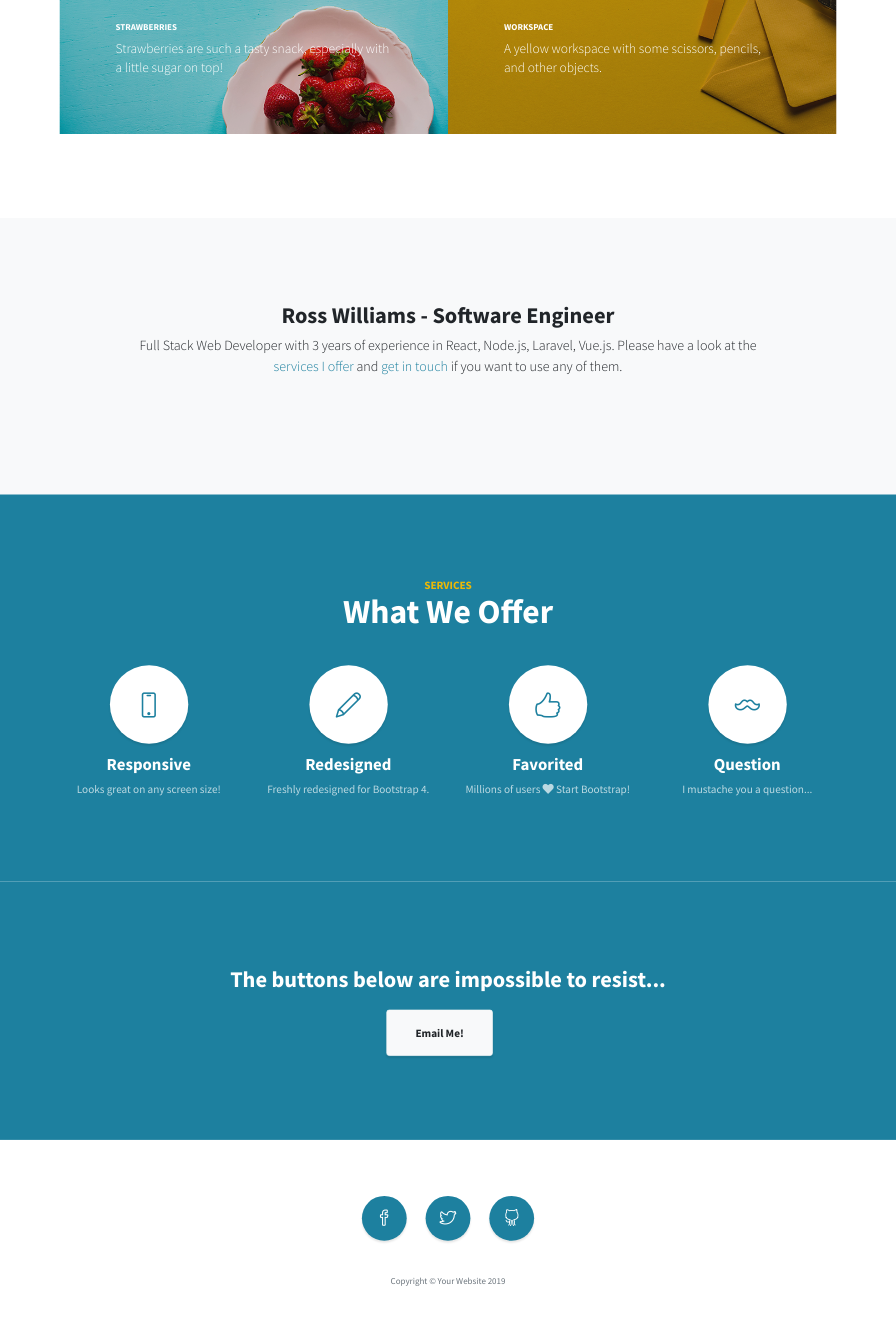
Repository: Williams94/Williams94.github.io
Page: index.html
An editor plug-in stored every save of this project. The page is shown before and after the next save, followed by the edit.
The browser window is 1280 px wide. The pictures show the part of the page from y = 1568 to 3488 px (the page is 3488 px tall), at 70% of full size.
A picture or video elsewhere on the page could not be fetched, so the positions and the page height are approximate.

Above is the page before, as saved 2019-07-06 13:42:54.

### index.html
<!DOCTYPE html>
<html lang="en">

<head>

  <meta charset="utf-8">
  <meta name="viewport" content="width=device-width, initial-scale=1, shrink-to-fit=no">
  <meta name="description" content="">
  <meta name="author" content="">

  <title>Stylish Portfolio - Start Bootstrap Template</title>

  <!-- Bootstrap Core CSS -->
  <link href="vendor/bootstrap/css/bootstrap.min.css" rel="stylesheet">

  <!-- Custom Fonts -->
  <link href="vendor/fontawesome-free/css/all.min.css" rel="stylesheet" type="text/css">
  <link href="https://fonts.googleapis.com/css?family=Source+Sans+Pro:300,400,700,300italic,400italic,700italic"
    rel="stylesheet" type="text/css">
  <link href="vendor/simple-line-icons/css/simple-line-icons.css" rel="stylesheet">

  <!-- Custom CSS -->
  <link href="css/stylish-portfolio.css" rel="stylesheet">
  <!-- <link href="css/new-age.min.css" rel="stylesheet"> -->

</head>

<body id="page-top">

  <!-- Navigation -->
  <nav class="navbar navbar-expand-lg navbar-light fixed-top" id="mainNav">
    <div class="container">
      <a class="navbar-brand js-scroll-trigger" href="#page-top">Ross Williams</a>
      <button class="navbar-toggler navbar-toggler-right" type="button" data-toggle="collapse"
        data-target="#navbarResponsive" aria-controls="navbarResponsive" aria-expanded="false"
        aria-label="Toggle navigation">
        Menu
        <i class="fas fa-bars"></i>
      </button>
      <div class="collapse navbar-collapse" id="navbarResponsive">
        <ul class="navbar-nav ml-auto">
          <li class="nav-item">
            <a class="nav-link js-scroll-trigger" href="#about">About</a>
          </li>
          <li class="nav-item">
            <a class="nav-link js-scroll-trigger" href="#portfolio">Portfolio</a>
          </li>
          <li class="nav-item">
            <a class="nav-link js-scroll-trigger" href="#services">Services</a>
          </li>
          <li class="nav-item">
            <a class="nav-link js-scroll-trigger" href="#contact">Contact</a>
          </li>
        </ul>
      </div>
    </div>
  </nav>

  <!-- Header -->
  <header class="masthead">
    <div class="container h-100">
      <div class="row h-100">
        <div class="col-lg-7 my-auto">
          <div class="header-content mx-auto">
            <h1 class="mb-5">Welcome, please take a look at my previous projects and the services I offer.</h1>
          </div>
        </div>
        <div class="col-lg-5 my-auto">
          <div class="device-container">
            <div class="device-mockup iphone6_plus portrait white">
              <div class="device">
                <div class="screen">
                  <!-- Demo image for screen mockup, you can put an image here, some HTML, an animation, video, or anything else! -->
                  <img src="img/demo-screen-1.jpg" class="img-fluid" alt="">
                </div>
                <div class="button">
                  <!-- You can hook the "home button" to some JavaScript events or just remove it -->
                </div>
              </div>
            </div>
          </div>
        </div>
      </div>
    </div>
  </header>

  <!-- Portfolio -->
  <section class="content-section" id="portfolio">
    <div class="container">
      <div class="content-section-heading text-center">
        <h3 class="text-secondary mb-0">Portfolio</h3>
        <h2 class="mb-5">Recent Projects</h2>
      </div>
      <div class="row no-gutters">
        <div class="col-lg-6">
          <a class="portfolio-item" href="#">
            <span class="caption">
              <span class="caption-content">
                <h2>Stationary</h2>
                <p class="mb-0">A yellow pencil with envelopes on a clean, blue backdrop!</p>
              </span>
            </span>
            <img class="img-fluid" src="img/portfolio-1.jpg" alt="">
          </a>
        </div>
        <div class="col-lg-6">
          <a class="portfolio-item" href="#">
            <span class="caption">
              <span class="caption-content">
                <h2>Ice Cream</h2>
                <p class="mb-0">A dark blue background with a colored pencil, a clip, and a tiny ice cream cone!</p>
              </span>
            </span>
            <img class="img-fluid" src="img/portfolio-2.jpg" alt="">
          </a>
        </div>
        <div class="col-lg-6">
          <a class="portfolio-item" href="#">
            <span class="caption">
              <span class="caption-content">
                <h2>Strawberries</h2>
                <p class="mb-0">Strawberries are such a tasty snack, especially with a little sugar on top!</p>
              </span>
            </span>
            <img class="img-fluid" src="img/portfolio-3.jpg" alt="">
          </a>
        </div>
        <div class="col-lg-6">
          <a class="portfolio-item" href="#">
            <span class="caption">
              <span class="caption-content">
                <h2>Workspace</h2>
                <p class="mb-0">A yellow workspace with some scissors, pencils, and other objects.</p>
              </span>
            </span>
            <img class="img-fluid" src="img/portfolio-4.jpg" alt="">
          </a>
        </div>
      </div>
    </div>
  </section>

  <!-- About -->
  <section class="content-section bg-light" id="about">
    <div class="container text-center">
      <div class="row">
        <div class="col-lg-10 mx-auto">
          <h2>Ross Williams - Software Engineer</h2>
          <p class="lead mb-5">Full Stack Web Developer with 3 years of experience in React, Node.js, Laravel, Vue.js.
            Please have a look at the <a href="#services">services I offer</a> and <a href="#contact">get in touch</a>
            if you want to use any of them.
          </p>
        </div>
      </div>
    </div>
  </section>

  <!-- Services -->
  <section class="content-section bg-primary text-white text-center" id="services">
    <div class="container">
      <div class="content-section-heading">
        <h3 class="text-secondary mb-0">Services</h3>
        <h2 class="mb-5">What We Offer</h2>
      </div>
      <div class="row">
        <div class="col-lg-3 col-md-6 mb-5 mb-lg-0">
          <span class="service-icon rounded-circle mx-auto mb-3">
            <i class="icon-screen-smartphone"></i>
          </span>
          <h4>
            <strong>Responsive</strong>
          </h4>
          <p class="text-faded mb-0">Looks great on any screen size!</p>
        </div>
        <div class="col-lg-3 col-md-6 mb-5 mb-lg-0">
          <span class="service-icon rounded-circle mx-auto mb-3">
            <i class="icon-pencil"></i>
          </span>
          <h4>
            <strong>Redesigned</strong>
          </h4>
          <p class="text-faded mb-0">Freshly redesigned for Bootstrap 4.</p>
        </div>
        <div class="col-lg-3 col-md-6 mb-5 mb-md-0">
          <span class="service-icon rounded-circle mx-auto mb-3">
            <i class="icon-like"></i>
          </span>
          <h4>
            <strong>Favorited</strong>
          </h4>
          <p class="text-faded mb-0">Millions of users
            <i class="fas fa-heart"></i>
            Start Bootstrap!</p>
        </div>
        <div class="col-lg-3 col-md-6">
          <span class="service-icon rounded-circle mx-auto mb-3">
            <i class="icon-mustache"></i>
          </span>
          <h4>
            <strong>Question</strong>
          </h4>
          <p class="text-faded mb-0">I mustache you a question...</p>
        </div>
      </div>
    </div>
  </section>

  <!-- Call to Action -->
  <section class="content-section bg-primary text-white">
    <div class="container text-center">
      <h2 class="mb-4">The buttons below are impossible to resist...</h2>
      <a href="#" class="btn btn-xl btn-light mr-4">
          <i class="icon-email"></i>Email Me!</a>
    </div>
  </section>

  <!-- Map -->
  <!-- <section id="contact" class="map">
    <iframe width="100%" height="100%" frameborder="0" scrolling="no" marginheight="0" marginwidth="0"
      src="https://maps.google.com/maps?f=q&amp;source=s_q&amp;hl=en&amp;geocode=&amp;q=Twitter,+Inc.,+Market+Street,+San+Francisco,+CA&amp;aq=0&amp;oq=twitter&amp;sll=28.659344,-81.187888&amp;sspn=0.128789,0.264187&amp;ie=UTF8&amp;hq=Twitter,+Inc.,+Market+Street,+San+Francisco,+CA&amp;t=m&amp;z=15&amp;iwloc=A&amp;output=embed"></iframe>
    <br />
    <small>
      <a
        href="https://maps.google.com/maps?f=q&amp;source=embed&amp;hl=en&amp;geocode=&amp;q=Twitter,+Inc.,+Market+Street,+San+Francisco,+CA&amp;aq=0&amp;oq=twitter&amp;sll=28.659344,-81.187888&amp;sspn=0.128789,0.264187&amp;ie=UTF8&amp;hq=Twitter,+Inc.,+Market+Street,+San+Francisco,+CA&amp;t=m&amp;z=15&amp;iwloc=A"></a>
    </small>
  </section> -->

  <!-- Footer -->
  <footer class="footer text-center">
    <div class="container">
      <ul class="list-inline mb-5">
        <li class="list-inline-item">
          <a class="social-link rounded-circle text-white mr-3" href="#">
            <i class="icon-social-facebook"></i>
          </a>
        </li>
        <li class="list-inline-item">
          <a class="social-link rounded-circle text-white mr-3" href="#">
            <i class="icon-social-twitter"></i>
          </a>
        </li>
        <li class="list-inline-item">
          <a class="social-link rounded-circle text-white" href="#">
            <i class="icon-social-github"></i>
          </a>
        </li>
      </ul>
      <p class="text-muted small mb-0">Copyright &copy; Your Website 2019</p>
    </div>
  </footer>

  <!-- Scroll to Top Button-->
  <a class="scroll-to-top rounded js-scroll-trigger" href="#page-top">
    <i class="fas fa-angle-up"></i>
  </a>

  <!-- Bootstrap core JavaScript -->
  <script src="vendor/jquery/jquery.min.js"></script>
  <script src="vendor/bootstrap/js/bootstrap.bundle.min.js"></script>

  <!-- Plugin JavaScript -->
  <script src="vendor/jquery-easing/jquery.easing.min.js"></script>

  <!-- Custom scripts for this template -->
  <script src="js/stylish-portfolio.min.js"></script>

</body>

</html>

### css/stylish-portfolio.css
/*!
 * Start Bootstrap - Stylish Portfolio v5.0.6 (https://startbootstrap.com/template-overviews/stylish-portfolio)
 * Copyright 2013-2019 Start Bootstrap
 * Licensed under MIT (https://github.com/BlackrockDigital/startbootstrap-stylish-portfolio/blob/master/LICENSE)
 */

body,
html {
  width: 100%;
  height: 100%;
}

body {
  font-family: "Source Sans Pro";
}

.btn-xl {
  padding: 1.25rem 2.5rem;
}

.content-section {
  padding-top: 7.5rem;
  padding-bottom: 7.5rem;
}

.content-section-heading h2 {
  font-size: 3rem;
}

.content-section-heading h3 {
  font-size: 1rem;
  text-transform: uppercase;
}

h1,
h2,
h3,
h4,
h5,
h6 {
  font-weight: 700;
}

.text-faded {
  color: rgba(255, 255, 255, 0.7);
}

/* Map */
.map {
  height: 30rem;
}

@media (max-width: 992px) {
  .map {
    height: 75%;
  }
}

.map iframe {
  pointer-events: none;
}

.scroll-to-top {
  position: fixed;
  right: 15px;
  bottom: 15px;
  display: none;
  width: 50px;
  height: 50px;
  text-align: center;
  color: white;
  background: rgba(52, 58, 64, 0.5);
  line-height: 45px;
}

.scroll-to-top:focus,
.scroll-to-top:hover {
  color: white;
}

.scroll-to-top:hover {
  background: #343a40;
}

.scroll-to-top i {
  font-weight: 800;
}

.masthead {
  min-height: 30rem;
  position: relative;
  display: table;
  width: 100%;
  height: auto;
  padding-top: 8rem;
  padding-bottom: 8rem;
  background: -webkit-gradient(
      linear,
      left top,
      right top,
      from(rgba(255, 255, 255, 0.1)),
      to(rgba(255, 255, 255, 0.1))
    ),
    url("../img/bg-masthead.jpg");
  background: linear-gradient(
      90deg,
      rgba(255, 255, 255, 0.1) 0%,
      rgba(255, 255, 255, 0.1) 100%
    ),
    url("../img/bg-masthead.jpg");
  background-position: center center;
  background-repeat: no-repeat;
  background-size: cover;
}

.masthead h1 {
  font-size: 4rem;
  margin: 0;
  padding: 0;
}

@media (min-width: 992px) {
  .masthead {
    height: 100vh;
  }
  .masthead h1 {
    font-size: 5.5rem;
  }
}

/* Side Menu */
#sidebar-wrapper {
  position: fixed;
  z-index: 2;
  right: 0;
  width: 250px;
  height: 100%;
  -webkit-transition: all 0.4s ease 0s;
  transition: all 0.4s ease 0s;
  -webkit-transform: translateX(250px);
  transform: translateX(250px);
  background: #1d809f;
  border-left: 1px solid rgba(255, 255, 255, 0.1);
}

.sidebar-nav {
  position: absolute;
  top: 0;
  width: 250px;
  margin: 0;
  padding: 0;
  list-style: none;
}

.sidebar-nav li.sidebar-nav-item a {
  display: block;
  text-decoration: none;
  color: #fff;
  padding: 15px;
}

.sidebar-nav li a:hover {
  text-decoration: none;
  color: #fff;
  background: rgba(255, 255, 255, 0.2);
}

.sidebar-nav li a:active,
.sidebar-nav li a:focus {
  text-decoration: none;
}

.sidebar-nav > .sidebar-brand {
  font-size: 1.2rem;
  background: rgba(52, 58, 64, 0.1);
  height: 80px;
  line-height: 50px;
  padding-top: 15px;
  padding-bottom: 15px;
  padding-left: 15px;
}

.sidebar-nav > .sidebar-brand a {
  color: #fff;
}

.sidebar-nav > .sidebar-brand a:hover {
  color: #fff;
  background: none;
}

#sidebar-wrapper.active {
  right: 250px;
  width: 250px;
  -webkit-transition: all 0.4s ease 0s;
  transition: all 0.4s ease 0s;
}

.menu-toggle {
  position: fixed;
  right: 15px;
  top: 15px;
  width: 50px;
  height: 50px;
  text-align: center;
  color: #fff;
  background: rgba(52, 58, 64, 0.5);
  line-height: 50px;
  z-index: 999;
}

.menu-toggle:focus,
.menu-toggle:hover {
  color: #fff;
}

.menu-toggle:hover {
  background: #343a40;
}

.service-icon {
  background-color: #fff;
  color: #1d809f;
  height: 7rem;
  width: 7rem;
  display: block;
  line-height: 7.5rem;
  font-size: 2.25rem;
  -webkit-box-shadow: 0 3px 3px 0 rgba(0, 0, 0, 0.1);
  box-shadow: 0 3px 3px 0 rgba(0, 0, 0, 0.1);
}

.callout {
  padding: 15rem 0;
  background: -webkit-gradient(
      linear,
      left top,
      right top,
      from(rgba(255, 255, 255, 0.1)),
      to(rgba(255, 255, 255, 0.1))
    ),
    url("../img/bg-callout.jpg");
  background: linear-gradient(
      90deg,
      rgba(255, 255, 255, 0.1) 0%,
      rgba(255, 255, 255, 0.1) 100%
    ),
    url("../img/bg-callout.jpg");
  background-position: center center;
  background-repeat: no-repeat;
  background-size: cover;
}

.callout h2 {
  font-size: 3.5rem;
  font-weight: 700;
  display: block;
  max-width: 30rem;
}

.portfolio-item {
  display: block;
  position: relative;
  overflow: hidden;
  max-width: 530px;
  margin: auto auto 1rem;
}

.portfolio-item .caption {
  display: -webkit-box;
  display: -ms-flexbox;
  display: flex;
  height: 100%;
  width: 100%;
  background-color: rgba(33, 37, 41, 0.2);
  position: absolute;
  top: 0;
  bottom: 0;
  z-index: 1;
}

.portfolio-item .caption .caption-content {
  color: #fff;
  margin: auto 2rem 2rem;
}

.portfolio-item .caption .caption-content h2 {
  font-size: 0.8rem;
  text-transform: uppercase;
}

.portfolio-item .caption .caption-content p {
  font-weight: 300;
  font-size: 1.2rem;
}

@media (min-width: 992px) {
  .portfolio-item {
    max-width: none;
    margin: 0;
  }
  .portfolio-item .caption {
    -webkit-transition: -webkit-clip-path 0.25s ease-out, background-color 0.7s;
    -webkit-clip-path: inset(0px);
    clip-path: inset(0px);
  }
  .portfolio-item .caption .caption-content {
    -webkit-transition: opacity 0.25s;
    transition: opacity 0.25s;
    margin-left: 5rem;
    margin-right: 5rem;
    margin-bottom: 5rem;
  }
  .portfolio-item img {
    -webkit-transition: -webkit-clip-path 0.25s ease-out;
    -webkit-clip-path: inset(-1px);
    clip-path: inset(-1px);
  }
  .portfolio-item:hover img {
    -webkit-clip-path: inset(2rem);
    clip-path: inset(2rem);
  }
  .portfolio-item:hover .caption {
    background-color: rgba(29, 128, 159, 0.9);
    -webkit-clip-path: inset(2rem);
    clip-path: inset(2rem);
  }
}

footer.footer {
  padding-top: 5rem;
  padding-bottom: 5rem;
}

footer.footer .social-link {
  display: block;
  height: 4rem;
  width: 4rem;
  line-height: 4.3rem;
  font-size: 1.5rem;
  background-color: #1d809f;
  -webkit-transition: background-color 0.15s ease-in-out;
  transition: background-color 0.15s ease-in-out;
  -webkit-box-shadow: 0 3px 3px 0 rgba(0, 0, 0, 0.1);
  box-shadow: 0 3px 3px 0 rgba(0, 0, 0, 0.1);
}

footer.footer .social-link:hover {
  background-color: #155d74;
  text-decoration: none;
}

a {
  color: #1d809f;
}

a:hover,
a:focus,
a:active {
  color: #155d74;
}

.btn-primary {
  background-color: #1d809f !important;
  border-color: #1d809f !important;
  color: #fff !important;
}

.btn-primary:hover,
.btn-primary:focus,
.btn-primary:active {
  background-color: #155d74 !important;
  border-color: #155d74 !important;
}

.btn-secondary {
  background-color: #ecb807 !important;
  border-color: #ecb807 !important;
  color: #fff !important;
}

.btn-secondary:hover,
.btn-secondary:focus,
.btn-secondary:active {
  background-color: #ba9106 !important;
  border-color: #ba9106 !important;
}

.btn-dark {
  color: #fff !important;
}

.btn {
  -webkit-box-shadow: 0px 3px 3px 0px rgba(0, 0, 0, 0.1);
  box-shadow: 0px 3px 3px 0px rgba(0, 0, 0, 0.1);
  font-weight: 700;
}

.bg-primary {
  background-color: #1d809f !important;
}

.text-primary {
  color: #1d809f !important;
}

.text-secondary {
  color: #ecb807 !important;
}

#mainNav {
  border-color: rgba(34, 34, 34, 0.05);
  background-color: white;
  -webkit-transition: all 0.35s;
  transition: all 0.35s;
  font-family: "Catamaran", "Helvetica", "Arial", "sans-serif";
  font-weight: 200;
  letter-spacing: 1px;
}

#mainNav .navbar-brand {
  color: #fdcc52;
  font-family: "Catamaran", "Helvetica", "Arial", "sans-serif";
  font-weight: 200;
  letter-spacing: 1px;
}

#mainNav .navbar-brand:hover,
#mainNav .navbar-brand:focus {
  color: #fcbd20;
}

#mainNav .navbar-toggler {
  font-size: 12px;
  padding: 8px 10px;
  color: #222222;
}

#mainNav .navbar-nav > li > a {
  font-size: 11px;
  font-family: "Lato", "Helvetica", "Arial", "sans-serif";
  letter-spacing: 2px;
  text-transform: uppercase;
}

#mainNav .navbar-nav > li > a.active {
  color: #fdcc52 !important;
  background-color: transparent;
}

#mainNav .navbar-nav > li > a.active:hover {
  background-color: transparent;
}

#mainNav .navbar-nav > li > a,
#mainNav .navbar-nav > li > a:focus {
  color: #222222;
}

#mainNav .navbar-nav > li > a:hover,
#mainNav .navbar-nav > li > a:focus:hover {
  color: #fdcc52;
}

@media (min-width: 992px) {
  #mainNav {
    border-color: transparent;
    background-color: transparent;
  }
  #mainNav .navbar-brand {
    color: fade(white, 70%);
  }
  #mainNav .navbar-brand:hover,
  #mainNav .navbar-brand:focus {
    color: white;
  }
  #mainNav .navbar-nav > li > a,
  #mainNav .navbar-nav > li > a:focus {
    color: rgba(255, 255, 255, 0.7);
  }
  #mainNav .navbar-nav > li > a:hover,
  #mainNav .navbar-nav > li > a:focus:hover {
    color: white;
  }
  #mainNav.navbar-shrink {
    border-color: rgba(34, 34, 34, 0.1);
    background-color: white;
  }
  #mainNav.navbar-shrink .navbar-brand {
    color: #222222;
  }
  #mainNav.navbar-shrink .navbar-brand:hover,
  #mainNav.navbar-shrink .navbar-brand:focus {
    color: #fdcc52;
  }
  #mainNav.navbar-shrink .navbar-nav > li > a,
  #mainNav.navbar-shrink .navbar-nav > li > a:focus {
    color: #222222;
  }
  #mainNav.navbar-shrink .navbar-nav > li > a:hover,
  #mainNav.navbar-shrink .navbar-nav > li > a:focus:hover {
    color: #fdcc52;
  }
}


header.masthead {
  position: relative;
  width: 100%;
  padding-top: 150px;
  padding-bottom: 100px;
  color: white;
  background: url("../img/bg-pattern.png"), #7b4397;
  background: url("../img/bg-pattern.png"), -webkit-gradient(linear, right top, left top, from(#7b4397), to(#dc2430));
  background: url("../img/bg-pattern.png"), linear-gradient(to left, #7b4397, #dc2430);
}

header.masthead .header-content {
  max-width: 500px;
  margin-bottom: 100px;
  text-align: center;
}

header.masthead .header-content h1 {
  font-size: 30px;
}

header.masthead .device-container {
  max-width: 325px;
  margin-right: auto;
  margin-left: auto;
}

header.masthead .device-container .screen img {
  border-radius: 3px;
}

@media (min-width: 992px) {
  header.masthead {
    height: 100vh;
    min-height: 775px;
    padding-top: 0;
    padding-bottom: 0;
  }
  header.masthead .header-content {
    margin-bottom: 0;
    text-align: left;
  }
  header.masthead .header-content h1 {
    font-size: 50px;
  }
  header.masthead .device-container {
    max-width: 325px;
  }
}

Loaded but not shown: vendor/bootstrap/css/bootstrap.min.css (library); vendor/fontawesome-free/css/all.min.css (library); vendor/simple-line-icons/css/simple-line-icons.css (library); vendor/jquery/jquery.min.js (library); vendor/bootstrap/js/bootstrap.bundle.min.js (library); vendor/jquery-easing/jquery.easing.min.js (common file); js/stylish-portfolio.min.js (common file)

After the next save:
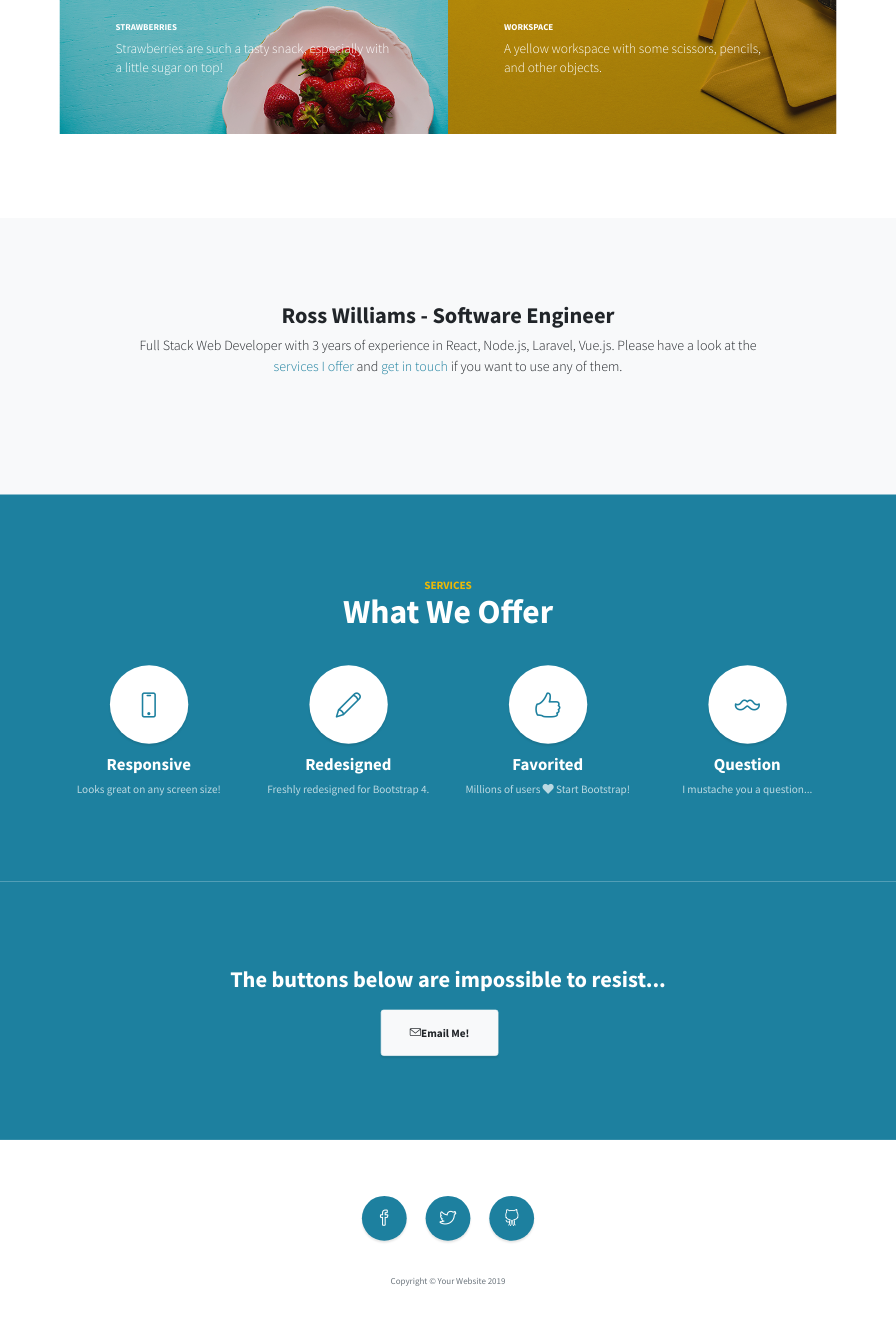
Saved 3 min 12 s later.
--- a/index.html
+++ b/index.html
@@ -210,7 +210,7 @@
     <div class="container text-center">
       <h2 class="mb-4">The buttons below are impossible to resist...</h2>
       <a href="#" class="btn btn-xl btn-light mr-4">
-          <i class="icon-email"></i>Email Me!</a>
+          <i class="icon-envelope"></i>Email Me!</a>
     </div>
   </section>
 
